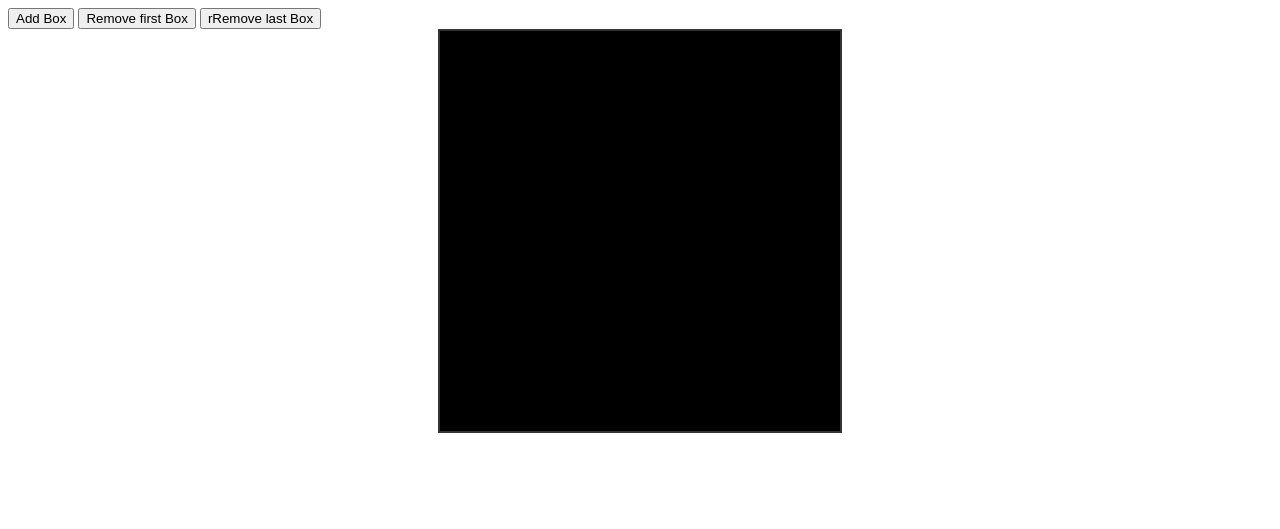
Repository: PankajSutharPersistent/vm-backup
Page: workspaceJavaScript/JSDemo/step-25.html
The author's editor kept a copy of each file at every save. The page is drawn from the files as they stood at one save, then again after the next save.
The browser window is 1280 px wide. The pictures show the whole page.

Above is the page before, as saved 2016-12-30 08:58:29.

After the next save:
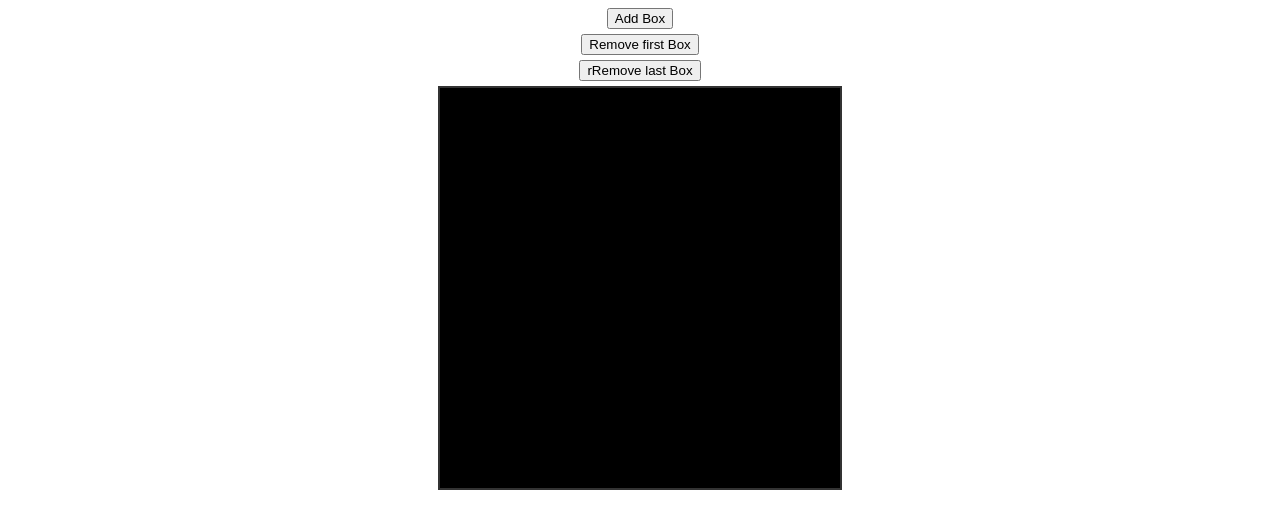
Saved 38 s later.
--- a/workspaceJavaScript/JSDemo/step-25.html
+++ b/workspaceJavaScript/JSDemo/step-25.html
@@ -4,6 +4,12 @@
 	<meta charset="UTF-8" />
 	<title>Document</title>
 	<style type="text/css" media="screen">
+
+		button{
+			display: block;
+			margin : 5px auto;
+			width 150px
+		}
 		.box{
 			background-color: #000000;
 			height: 400px;
